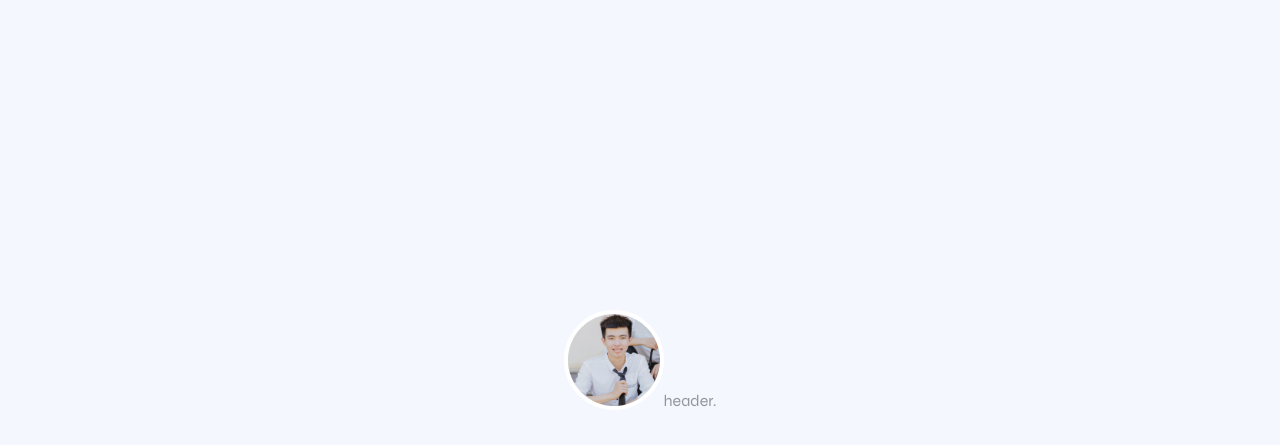
Repository: dinhhaidh/Profile
Page: index.html
An editor plug-in stored every save of this project. The page is shown before and after a run of saves, followed by the edit.
The browser window is 1280 px wide. The pictures show the whole page.
Some web libraries are served in a nearby version.

Above is the page before, as saved 2024-02-29 08:51:55.

### index.html
<!DOCTYPE html>
<html lang="en">
<head>
    <meta charset="UTF-8">
    <meta name="viewport" content="width=device-width, initial-scale=1.0">

    <!--=============== REMIXICONS ===============-->
    <link rel="stylesheet" href="https://cdnjs.cloudflare.com/ajax/libs/remixicon/4.0.1/remixicon.css">

    <!--=============== CSS ===============-->
    <link rel="stylesheet" href="style.css">

    <title>Profile card with tooltip</title>
</head>
<body>
    <div class="container">
        <article class="card__article">
            <div class="card__profile">
                <img src="./img/img.jpg" alt="image" class="card__profile-img">
            </div>

            <div class="card__tooltip">
                <div class="card__content">
                    header.
                </div>
            </div>
        </article>
    </div>
</body>
</html>

### style.css
/*=============== GOOGLE FONTS ===============*/
@import url("https://fonts.googleapis.com/css2?family=Syne:wght@400;500;600&display=swap");

/*=============== VARIABLES CSS ===============*/
:root {
    /*========== Colors ==========*/
    /*Color mode HSL(hue, saturation, lightness)*/
    --first-color: hsl(230, 100%, 50%);
    --second-color: hsl(150, 100%, 38%);
    --title-color: hsl(230, 24%, 12%);
    --text-color: hsl(230, 4%, 60%);
    --gray-color: hsl(230, 24%, 88%);
    --border-color: hsl(230, 4%, 92%);
    --body-color: hsl(230, 100%, 98%);
    --container-color: hsl(0, 0%, 100%);

    /*========== Font and typography ==========*/
    /*.5rem = 8px | 1rem = 16px ...*/
    --body-font: "Syne", sans-serif;
    --h2-font-size: 1.25rem;
    --normal-font-size: 1rem;
}

/*=============== BASE ===============*/
* {
    box-sizing: border-box;
    padding: 0;
    margin: 0;
}

body {
    font-family: var(--body-font);
    font-size: var(--normal-font-size);
    background-color: var(--body-color);
    color: var(--text-color);
}

a {
    text-decoration: none;
}

img {
    display: block;
    max-width: 100%;
    height: auto;
}

/*=============== CARD ===============*/
.container{
    height: 100vh;
    display: grid;
    place-items: center;
    margin-inline: 1.5rem;
    padding-block: 7rem;
}
.card__article{
    position: relative;
    align-items: flex-end;
    display: flex;
    justify-content: center;
}
.card__profile{
    width: 100px;
    height: 100px;
    background-color: var(--gray-color);
    border-radius: 50%;
    overflow: hidden;
    display:flex;
    align-items: flex-end;
    justify-content: center;
    border: 4px solid var(--container-color);
    z-index: 5;
}
.card__profile-img{
    width: 95px;
}

/* Scale profile image */


/* Show tooltip card */


/*=============== BREAKPOINTS ===============*/
/* For medium devices */

After the next 6 saves:
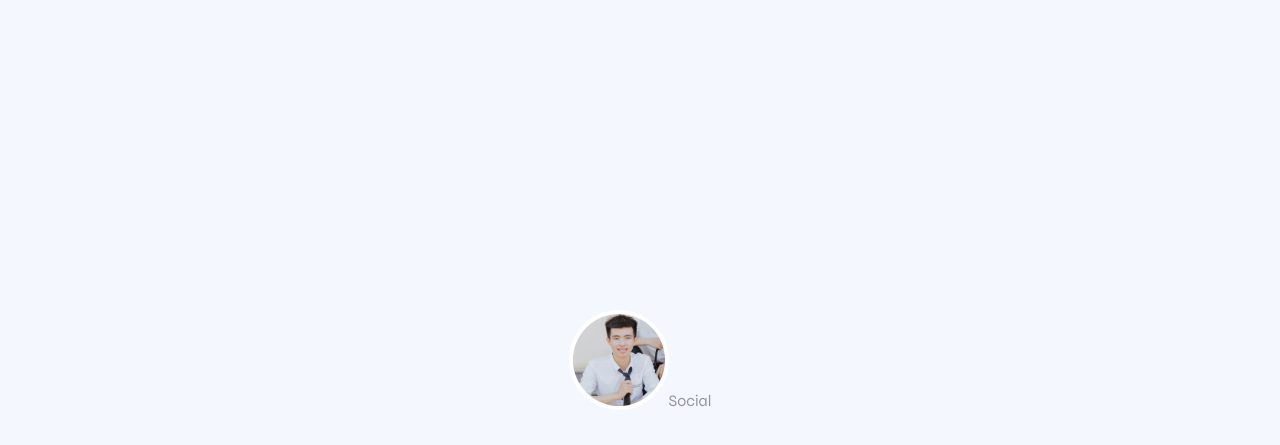
The 6 saves are shown as one change because they came seconds apart.
The last was saved 18 s later.
--- a/index.html
+++ b/index.html
@@ -21,7 +21,11 @@
 
             <div class="card__tooltip">
                 <div class="card__content">
-                    header.
+                    <header class="card__header">
+                        <span>Social</span>
+                    </header>
+
+
                 </div>
             </div>
         </article>
